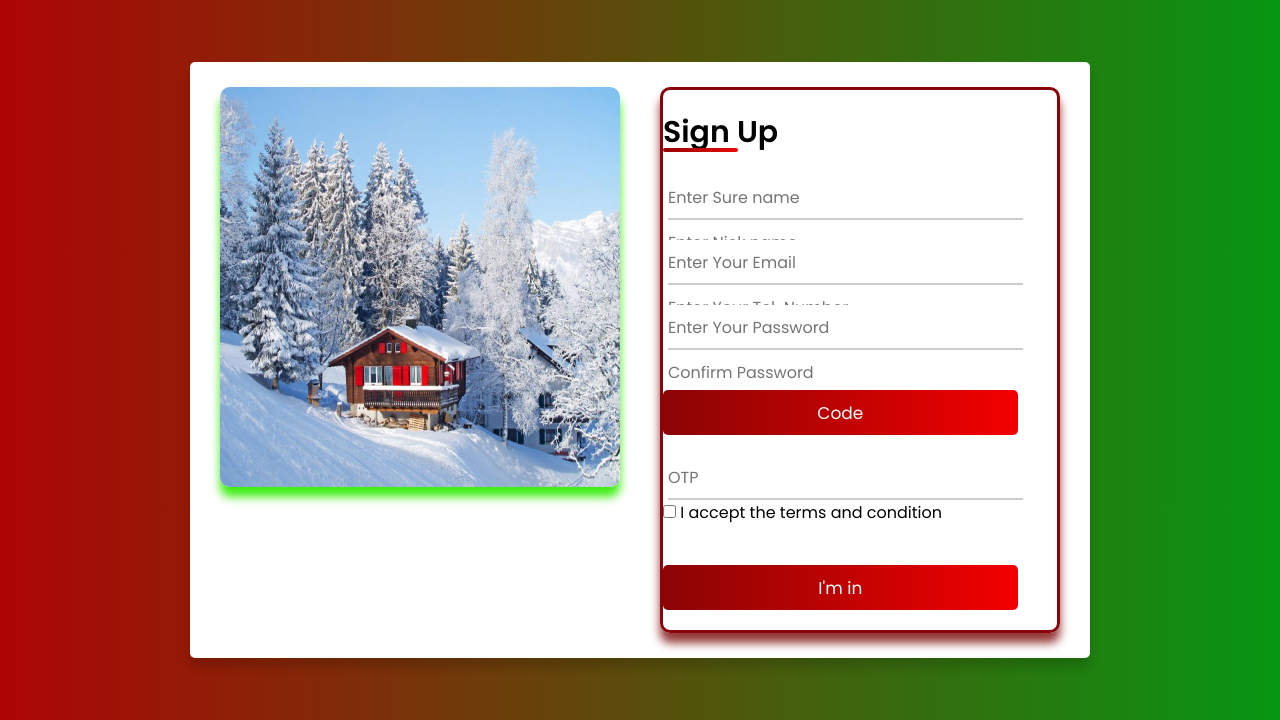
Repository: dev-ashik/Halloween
Page: Reg Page/Index.html
An editor plug-in stored every save of this project. The page is shown before and after the next save, followed by the edit.
The browser window is 1280 px wide. The pictures show the whole page.

Above is the page before, as saved 2021-12-21 22:19:13.

After the next save:
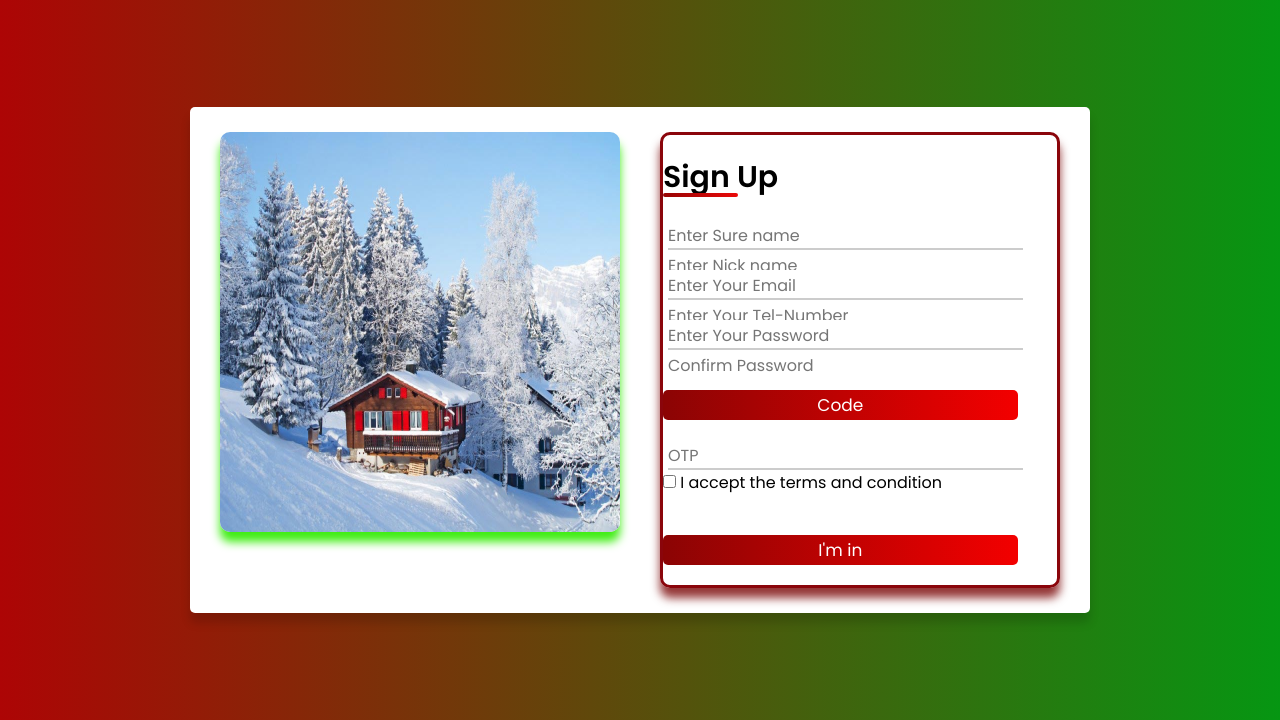
Saved 21 s later.
--- a/Reg Page/CSS/main.css
+++ b/Reg Page/CSS/main.css
@@ -66,7 +66,7 @@
 
 .con .form form .box {
     width: 90%;
-    height: 45px;
+    height: 30px;
     margin: 20px 5px 0px 5px;
     position: relative;
 }

After the save that followed:
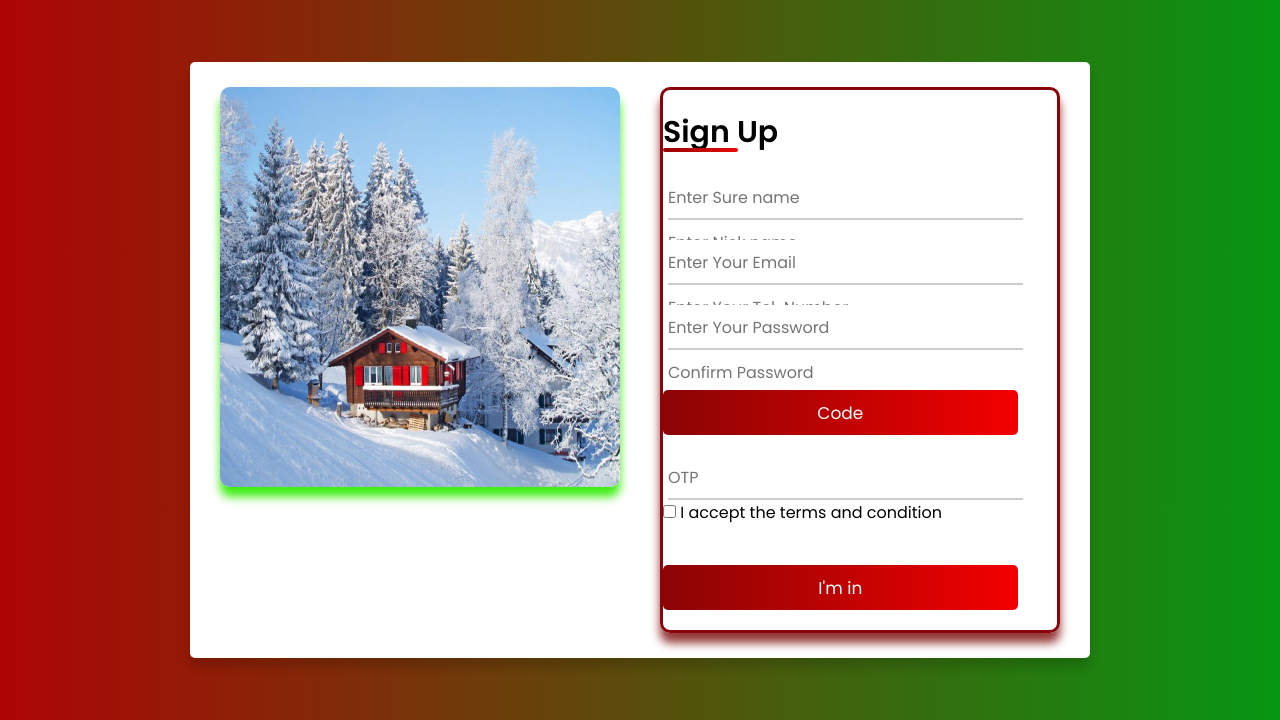
Saved 8 s later.
--- a/Reg Page/CSS/main.css
+++ b/Reg Page/CSS/main.css
@@ -66,7 +66,7 @@
 
 .con .form form .box {
     width: 90%;
-    height: 30px;
+    height: 45px;
     margin: 20px 5px 0px 5px;
     position: relative;
 }
